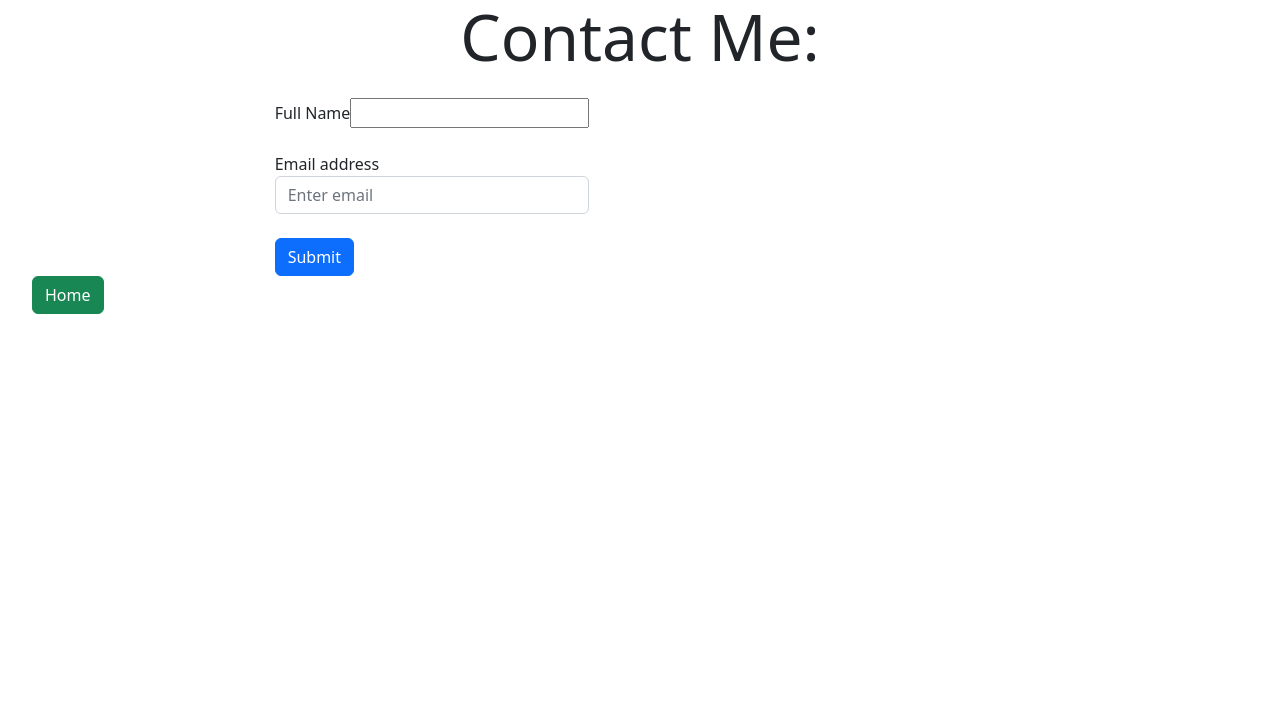
Repository: collegedude9300/zenstationnext
Page: /Contact
An editor plug-in stored every save of this project. The page is shown before and after the next save, followed by the edit.
The browser window is 1280 px wide. The pictures show the whole page.
The project was rebuilt for these pictures with package versions that can differ from the ones it lists, and the page was loaded fresh each time. The framework's server and built-in components were replaced by stand-ins that run in the browser. Also part of the build but not shown: next.config.js.

Above is the page before, as saved 2023-04-12 13:53:01.

After the next save:
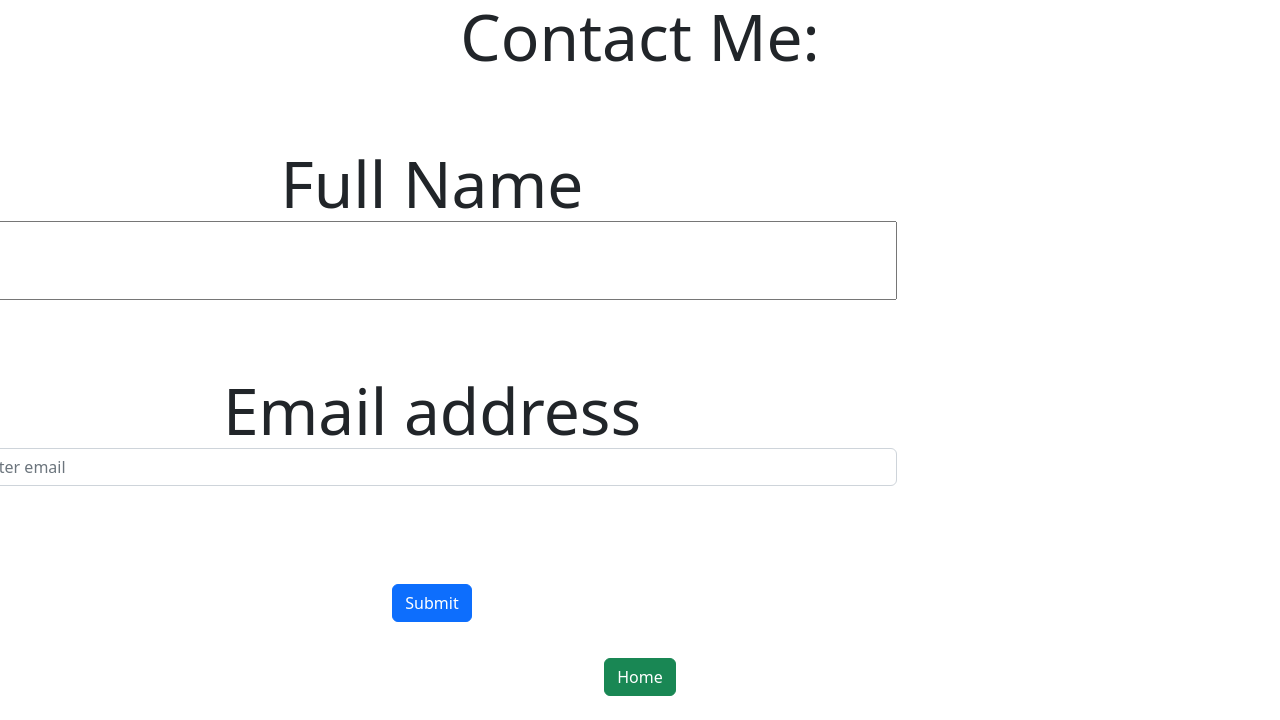
Saved 18 s later.
--- a/pages/Contact.js
+++ b/pages/Contact.js
@@ -44,7 +44,7 @@
         <link rel="icon" href="/favicon.png" />
       </Head>
 
-      <main className={styles.login}>
+      <main className={styles.aboutBio}>
         <h1 className={styles.title}>
           Contact Me:
         </h1>

After the save that followed:
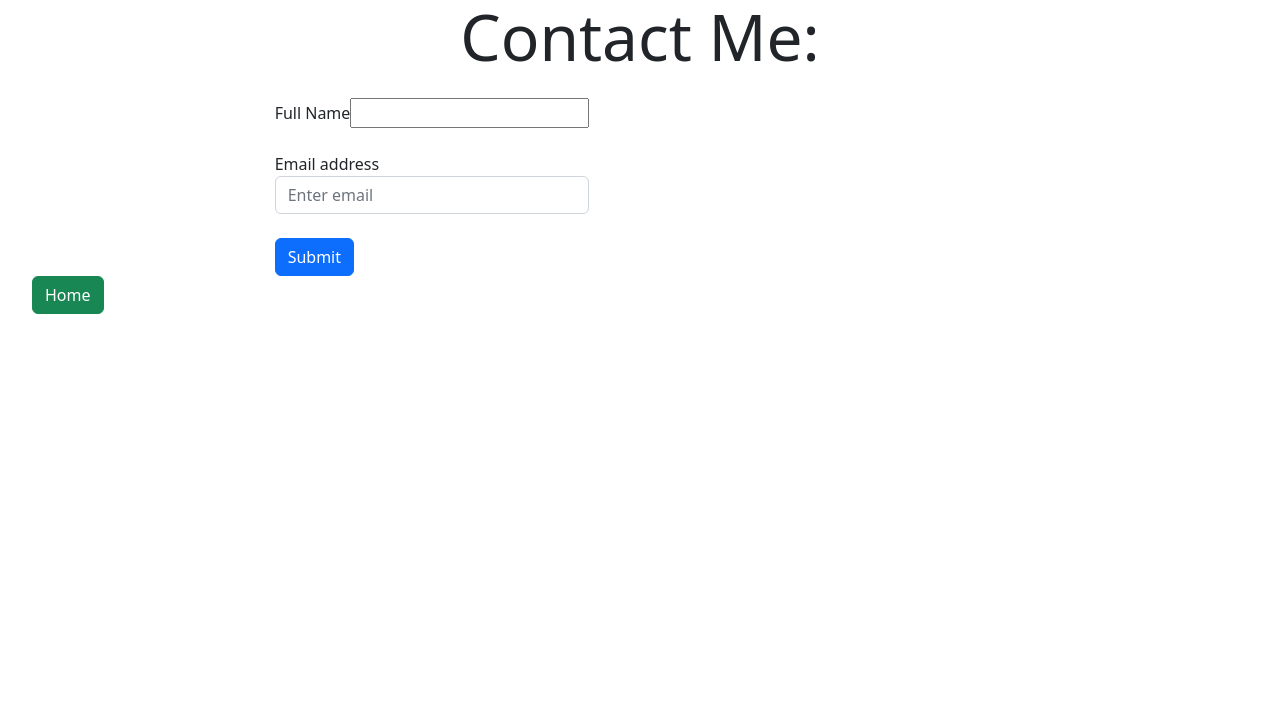
Saved 24 s later.
--- a/pages/Contact.js
+++ b/pages/Contact.js
@@ -44,7 +44,7 @@
         <link rel="icon" href="/favicon.png" />
       </Head>
 
-      <main className={styles.aboutBio}>
+      <main className={styles.login}>
         <h1 className={styles.title}>
           Contact Me:
         </h1>
